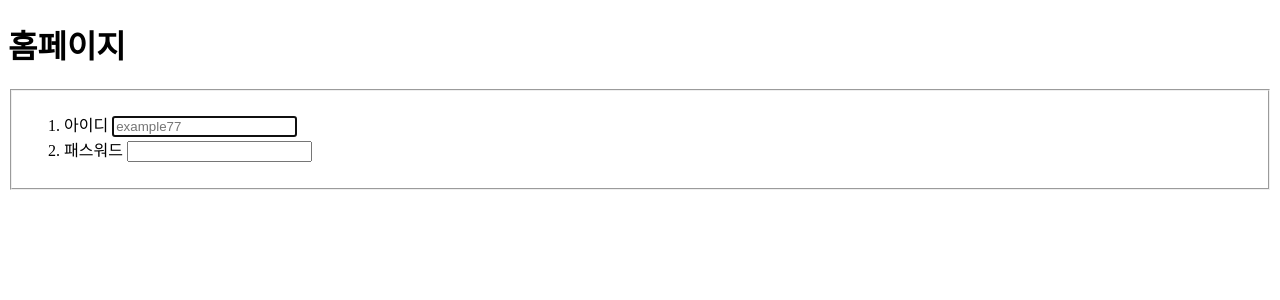
Repository: Cheol-Cheol/KOSA
Page: Kcc_web/Html/WebContent/form.html
These files come from the project's save history. The page is drawn as it stood at one moment and after the next save; the edit follows.
The browser window is 1280 px wide. The pictures show the whole page.

Above is the page before, as saved 2024-07-08 06:07:33.

After the next save:
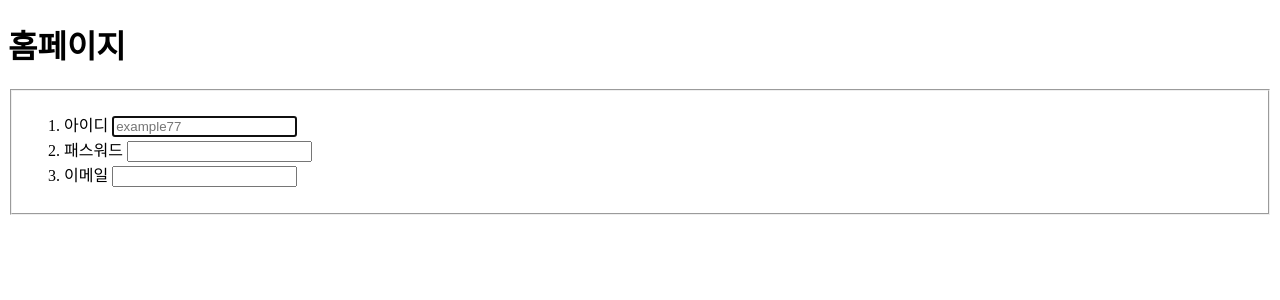
Saved 26 s later.
--- a/Kcc_web/Html/WebContent/form.html
+++ b/Kcc_web/Html/WebContent/form.html
@@ -14,6 +14,8 @@
 				</li>
 				<li><label for="id">패스워드</label> <input type="password"
 					name="password" /></li>
+					<li><label for="id">이메일</label> <input type="email"
+					name="email" /></li>
 			</ol>
 		</fieldset>
 	</form>
